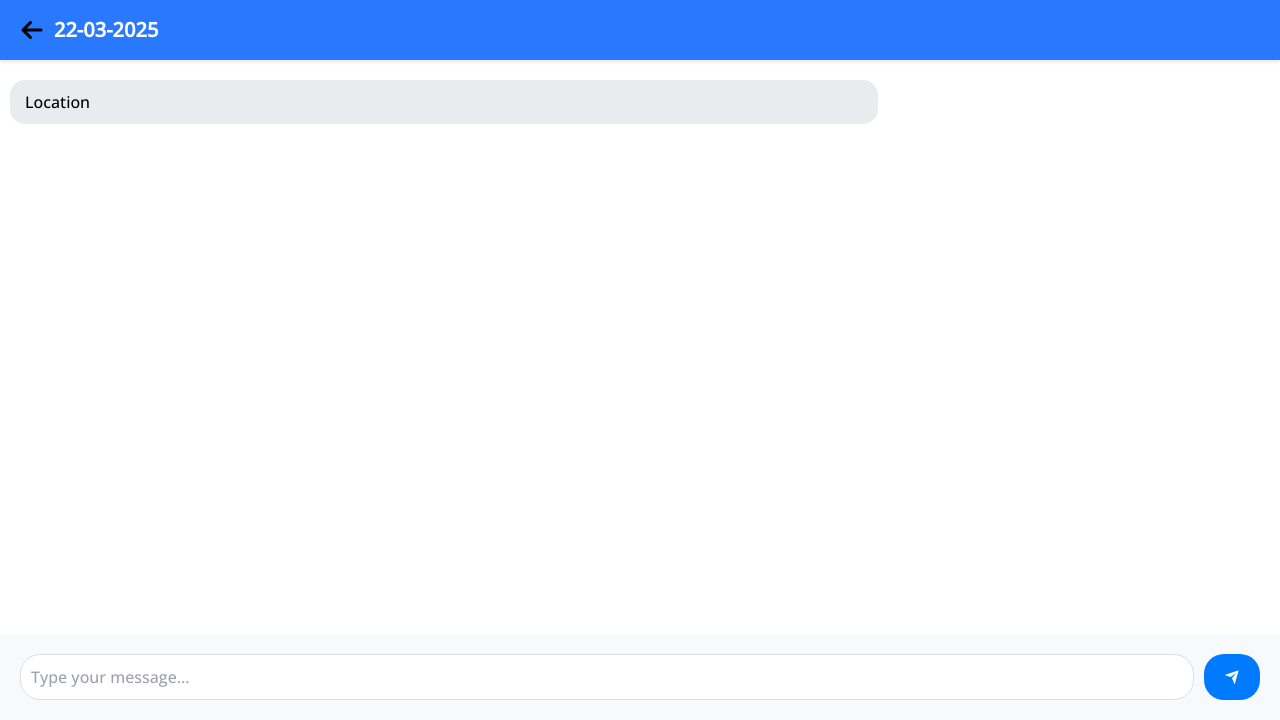
Repository: shash0708/GMR-Lines
Page: /bot (app in frontend/)
An editor plug-in stored every save of this project. The page is shown before and after the next save, followed by the edit.
The browser window is 1280 px wide. The pictures show the whole page.
The page's requests for data from a server got no answer. Some web libraries are served in a nearby version. The project was rebuilt for these pictures with package versions that can differ from the ones it lists, and the page was loaded fresh each time. No one was signed in, and anything a server would have sent is missing. Also part of the build but not shown: frontend/src/components/Footer/Footer.css, frontend/src/components/Footer/Footer.component.jsx, frontend/src/components/Form/Form.component.jsx, frontend/src/components/Profile/Profile.jsx, frontend/src/components/Card/Card.jsx, frontend/src/components/Card/Card.component.jsx, frontend/src/components/Data/DataCard.jsx, frontend/src/components/speedDail/SpeedDail.component.jsx and 8 more.

Above is the page before, as saved 2025-03-22 14:48:38.

After the next save:
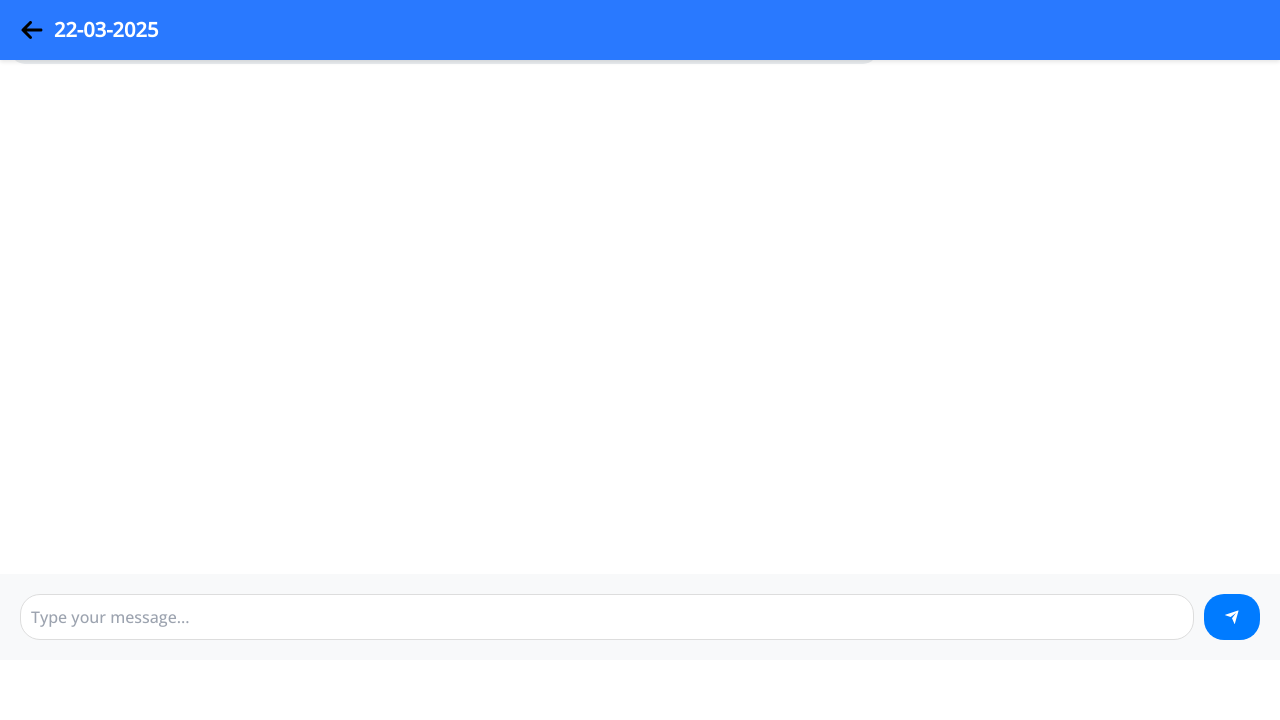
Saved 9 s later.
--- a/frontend/src/components/bot/Topbar/Topbar.css
+++ b/frontend/src/components/bot/Topbar/Topbar.css
@@ -17,7 +17,7 @@
 }
 
 /* Add this to your body or root element to prevent content from hiding behind the topbar */
-body {
+.top {
     margin: 0;
     padding-top: 60px;
 }
